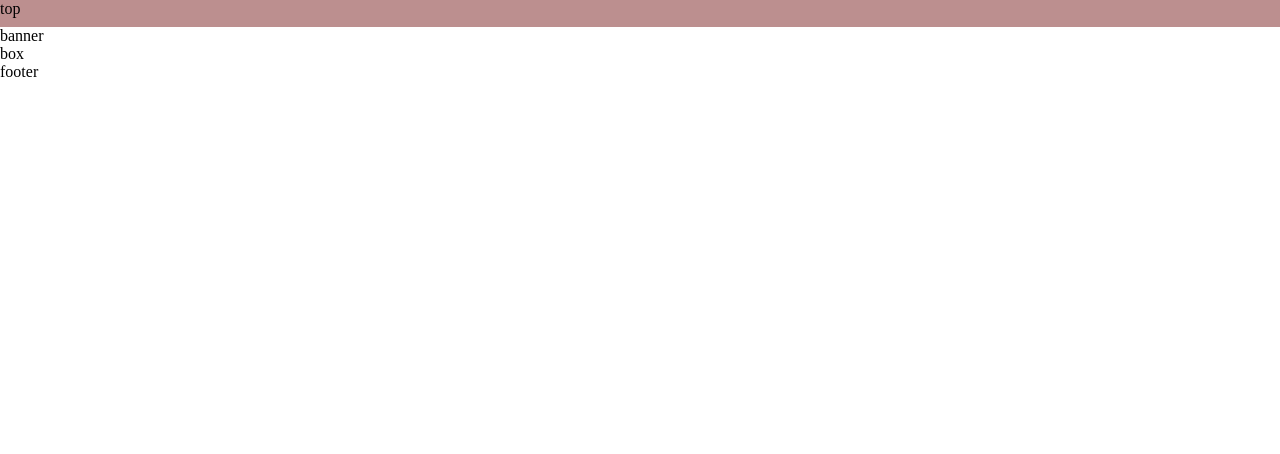
Repository: TheBestBadGuy0228/code
Page: 网页简单布局.案例.html
These files come from the project's save history. The page is drawn as it stood at one moment and after the next save; the edit follows.
The browser window is 1280 px wide. The pictures show the whole page.

Above is the page before, as saved 2021-12-09 10:41:51.

After the next save:
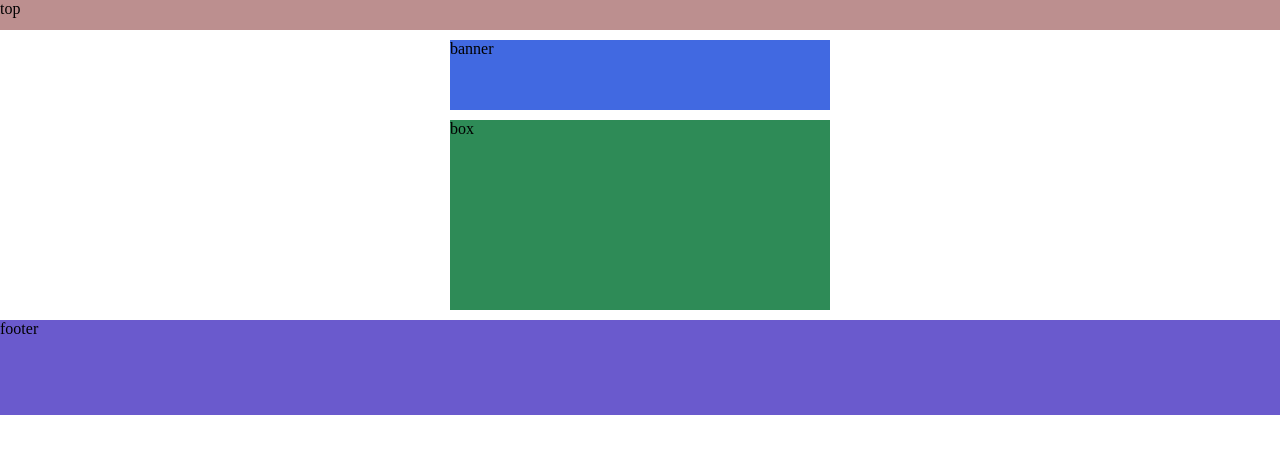
Saved 6 min 1 s later.
--- a/网页简单布局.案例.html
+++ b/网页简单布局.案例.html
@@ -19,8 +19,32 @@
 
         .top {
             width: auto;
-            height: 27px;
+            height: 30px;
             background-color: rosybrown;
+            margin: 0 auto 10px;
+
+        }
+
+        .banner {
+            width: 380px;
+            height: 70px;
+            background-color: royalblue;
+            margin: 0 auto 10px;
+
+        }
+
+        .box {
+            width: 380px;
+            height: 190px;
+            background-color: seagreen;
+            margin: 0 auto 10px;
+        }
+
+        .footer {
+            width: auto;
+            height: 95px;
+            background-color: slateblue;
+            margin: 0 auto 10px;
         }
     </style>
 </head>
